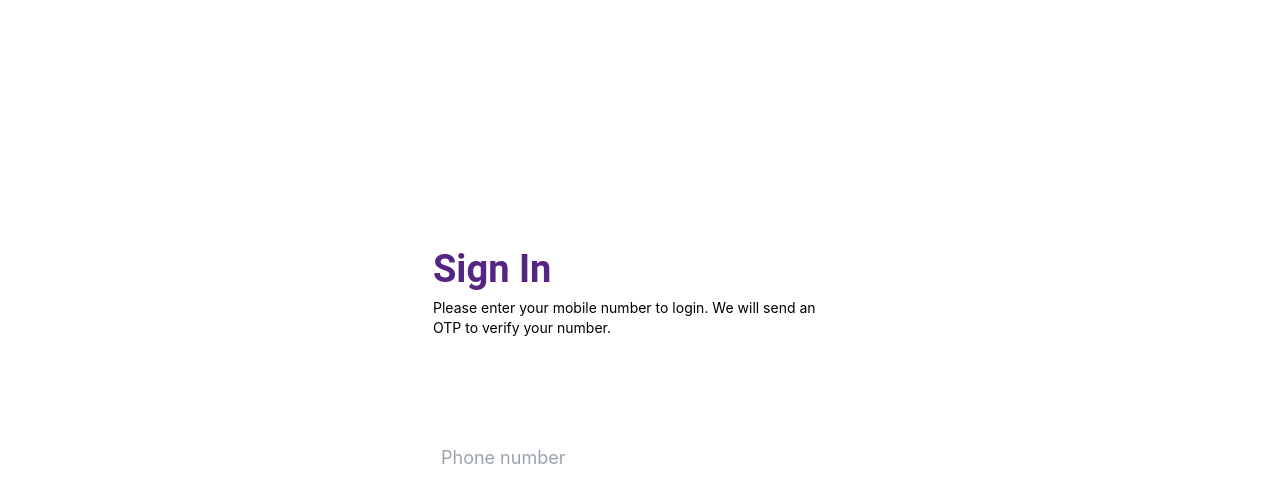
Repository: jayaprakash27/helloar-task
Page: /
The author's editor kept a copy of each file at every save. The page is drawn from the files as they stood at one save, then again after the next save.
The browser window is 1280 px wide. The pictures show the whole page.
The project was rebuilt for these pictures with package versions that can differ from the ones it lists, and the page was loaded fresh each time.

Above is the page before, as saved 2023-10-26 22:56:48.

### src/App.js
import { Login } from "./components";

function App() {
  return (
    <>
    <Login />
    </>
  );
}

export default App;

### src/components/Login.jsx
import React, { useState } from 'react';
import './login.css';

function Login() {
  const [phoneNumber, setPhoneNumber] = useState('');

  const handleLogin = () => {
    const apiEndpoint = 'https://dev.api.goongoonalo.com/v1/auth/login';
    const requestBody = {
      phoneNumber: phoneNumber,
    };

    fetch(apiEndpoint, {
      method: 'POST',
      headers: {
        'Content-Type': 'application/json',
      },
      body: JSON.stringify(requestBody),
    })
      .then((response) => {
        if (response.ok) {
          return response.json();
        } else {
          // Handle API errors here
          throw new Error('Failed to send OTP');
        }
      })
      .then((data) => {
        // Handle the API response data
        console.log('OTP sent successfully:', data);

        // You can add code here to navigate to the OTP verification page or perform the next step as needed.
      })
      .catch((error) => {
        // Handle any error that occurred during the API request
        console.error('Error sending OTP:', error);
      });
  };


  return (
    <div className="login-page">
      <div className=' login-box'>
        <h1 className=" text-primary-color font-semibold"> Sign In</h1>
        <p className=' text-sm'>Please enter your mobile number to login. We will send an OTP to verify your number.</p>
        <span className=' rounded-lg h-8 m-2 w-full'>
        <input type="text" className=' w-full h-full text-lg' placeholder='Phone number' />
        </span>
      </div>
    </div>
  );
}

export default Login;

### src/components/login.css
.login-page{
    background-color: white;
    width: 100vw;
    height: 100vh;
    display: flex;
    justify-content: center;
    align-items: center;
}
.login-box {
  width: 414px;
  height: 238px;
  top: 384px;
  left: 513px;
}
.login-box h1 {
  font-family: Roboto;
  font-size: 38px;
}

### tailwind.config.js
/** @type {import('tailwindcss').Config} */
module.exports = {
  content: [
    "./src/**/*.{js,jsx,ts,tsx}",
  ],
  theme: {
    extend: {
      colors: {
        "primary-color": "#552583",
      }
    },
  },
  plugins: [],
}

Loaded but not shown: public/index.html (common file); src/index.js (common file); src/index.css (common file); src/components/index.js (common file)

After the next save:
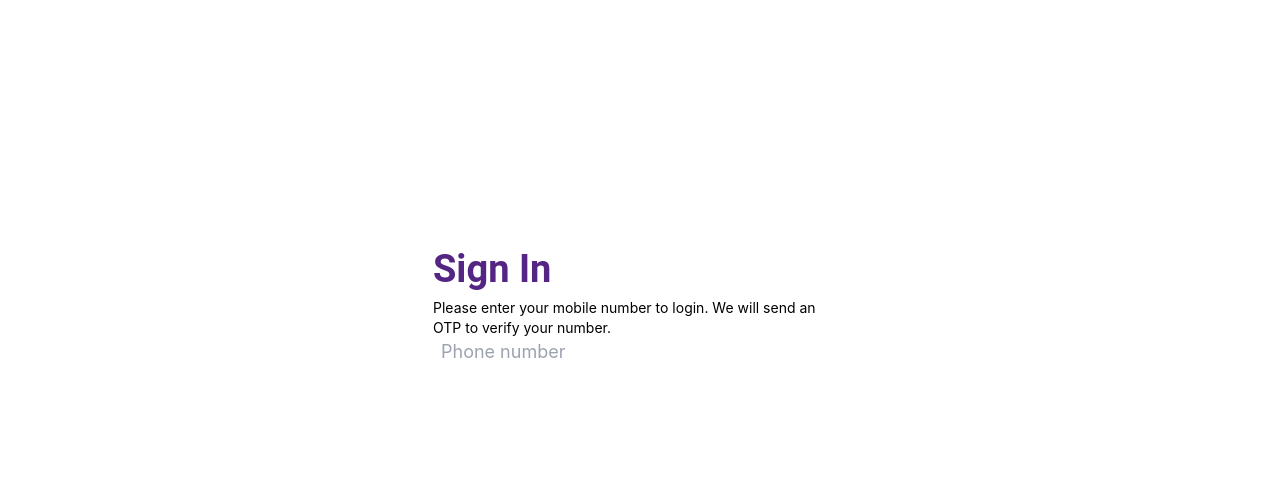
Saved 6 min 50 s later.
--- a/src/components/Login.jsx
+++ b/src/components/Login.jsx
@@ -44,7 +44,7 @@ function Login() {
         <h1 className=" text-primary-color font-semibold"> Sign In</h1>
         <p className=' text-sm'>Please enter your mobile number to login. We will send an OTP to verify your number.</p>
         <span className=' rounded-lg h-8 m-2 w-full'>
-        <input type="text" className=' w-full h-full text-lg' placeholder='Phone number' />
+        <input type="text" className=' w-full text-lg' placeholder='Phone number' />
         </span>
       </div>
     </div>
